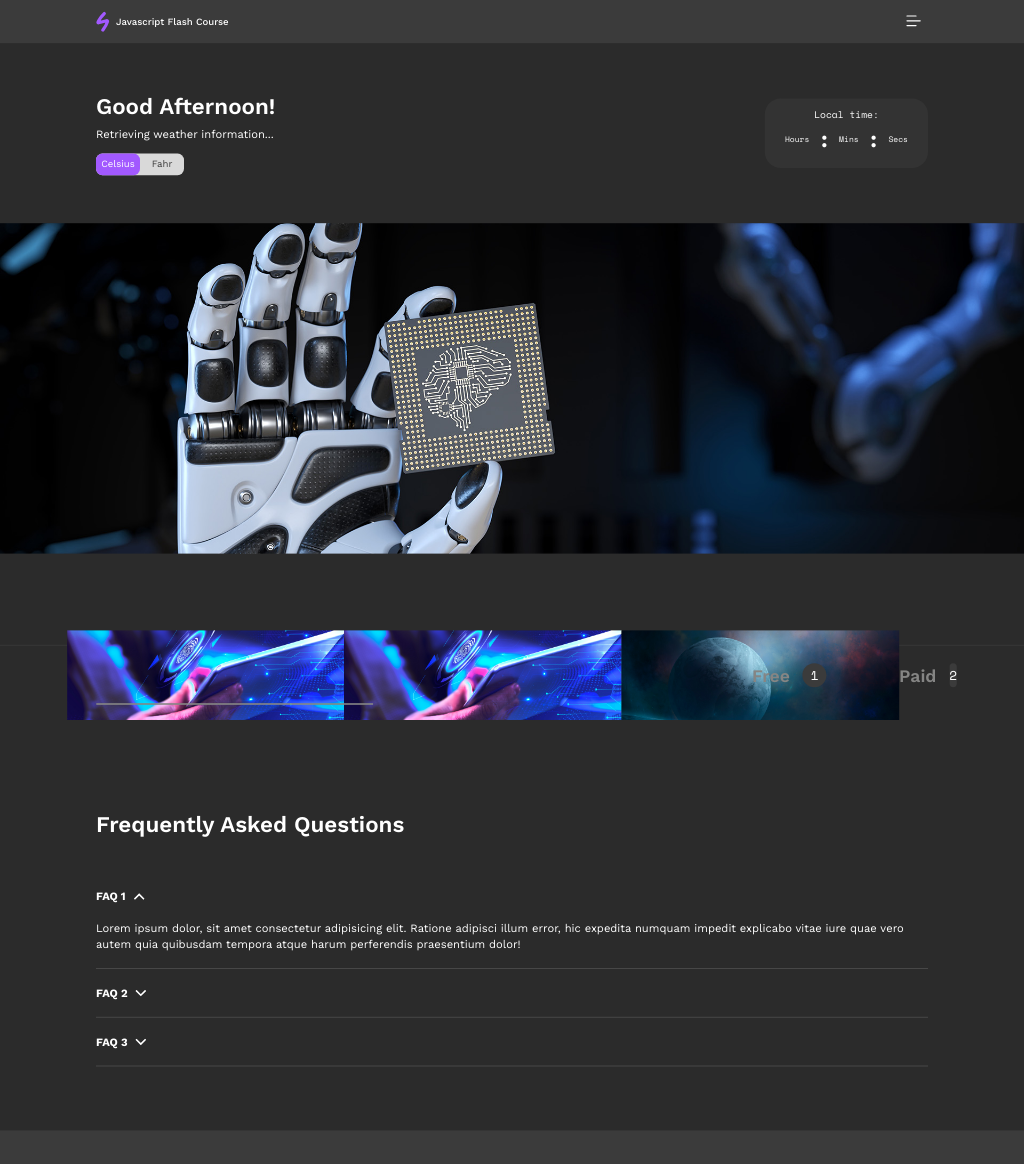
Repository: GettieSirma/JAVASCRIPT-TEST
Page: index.html
The author's editor kept a copy of each file at every save. The page is drawn from the files as they stood at one save, then again after the next save.
The browser window is 1280 px wide. The pictures show the whole page, at 80% of full size.

Above is the page before, as saved 2024-04-24 11:38:35.

### index.html
<!DOCTYPE html>
<html lang="en">

<head>
    <meta charset="UTF-8" />
    <meta http-equiv="X-UA-Compatible" content="IE=edge" />
    <meta name="viewport" content="width=device-width, initial-scale=1.0" />
    <title>Javascript Flash Course</title>
    <link rel="stylesheet" href="./main.css" />
    <link rel="preconnect" href="https://fonts.googleapis.com" />
    <link rel="preconnect" href="https://fonts.gstatic.com" crossorigin />
    <link href="https://fonts.googleapis.com/css2?family=Space+Mono:ital,wght@0,400;0,700;1,400;1,700&family=Work+Sans:ital,wght@0,100;0,200;0,300;0,400;0,500;0,600;0,700;0,800;0,900;1,100;1,200;1,300;1,400;1,500;1,600;1,700;1,800;1,900&display=swap" rel="stylesheet"
    />
</head>

<body>
    <header>
        <nav class="container">
            <div class="nav-left-side">
                <svg width="17" height="26" viewBox="0 0 17 26" fill="none" xmlns="http://www.w3.org/2000/svg">
            <path
              d="M10.309 2.90741C10.309 2.90741 4.29997 8.73841 2.526 13.9214C2.40313 14.2804 2.73267 14.6124 3.10045 14.5192L13.2394 11.9481C13.9358 11.7715 14.5723 12.3638 14.368 13.0525C12.9552 17.8149 8.62911 23.5897 8.62911 23.5897"
              stroke="#A259FF"
              stroke-width="4"
              stroke-linecap="round"
              stroke-linejoin="round"
            />
          </svg>

                <a href="/">Javascript Flash Course</a>
            </div>

            <button id="open-nav-menu">
          <svg
            width="24"
            height="24"
            viewBox="0 0 24 24"
            fill="none"
            xmlns="http://www.w3.org/2000/svg"
          >
            <path
              fill-rule="evenodd"
              clip-rule="evenodd"
              d="M3 12C3 11.5858 3.33579 11.25 3.75 11.25H20.25C20.6642 11.25 21 11.5858 21 12C21 12.4142 20.6642 12.75 20.25 12.75H3.75C3.33579 12.75 3 12.4142 3 12Z"
              fill="white"
            />
            <path
              fill-rule="evenodd"
              clip-rule="evenodd"
              d="M3 6C3 5.58579 3.33579 5.25 3.75 5.25H15C15.4142 5.25 15.75 5.58579 15.75 6C15.75 6.41421 15.4142 6.75 15 6.75H3.75C3.33579 6.75 3 6.41421 3 6Z"
              fill="white"
            />
            <path
              fill-rule="evenodd"
              clip-rule="evenodd"
              d="M3 18C3 17.5858 3.33579 17.25 3.75 17.25H15C15.4142 17.25 15.75 17.5858 15.75 18C15.75 18.4142 15.4142 18.75 15 18.75H3.75C3.33579 18.75 3 18.4142 3 18Z"
              fill="white"
            />
          </svg>
        </button>

            <div class="wrapper">
                <ul>
                    <li>
                        <button id="close-nav-menu">
                <svg
                  width="47"
                  height="47"
                  viewBox="0 0 47 47"
                  fill="none"
                  xmlns="http://www.w3.org/2000/svg"
                >
                  <path
                    d="M11.7505 11.7495L35.2505 35.2495"
                    stroke="#A259FF"
                    stroke-width="6"
                  />
                  <path
                    d="M35.2502 11.7502L11.7502 35.2502"
                    stroke="#A259FF"
                    stroke-width="6"
                  />
                </svg>
              </button>
                    </li>
                    <li><a href="#home">Home</a></li>
                    <li><a href="#gallery">Gallery</a></li>
                    <li><a href="#products">Products</a></li>
                    <li><a href="#faqs">FAQs</a></li>
                    <li class="socials">
                        <p>Join our community</p>

                        <div>
                            <a href="#">
                                <img src="./assets/socials/DiscordLogo.png" alt="Discord logo" />
                            </a>
                            <a href="#">
                                <img src="./assets/socials/YoutubeLogo.png" alt="Youtube logo" />
                            </a>
                            <a href="#">
                                <img src="./assets/socials/TwitterLogo.png" alt="Twitter logo" />
                            </a>
                            <a href="#">
                                <img src="./assets/socials/InstagramLogo.png" alt="Instagram logo" />
                            </a>
                        </div>
                    </li>
                </ul>
            </div>
        </nav>
    </header>

    <main>
        <section id="home" class="container greeting-section">
            <div class="left-side">
                <h1 id="greeting">Good Afternoon!</h1>
                <p id="weather">Retrieving weather information...</p>
                <div class="weather-group">
                    <input type="radio" checked="true" id="celsius" name="temperature" />
                    <label for="celsius">Celsius</label>
                    <input type="radio" id="fahr" name="temperature" />
                    <label for="fahr">Fahr</label>
                </div>
            </div>

            <div class="right-side">
                <p>Local time:</p>
                <div class="local-time">
                    <div class="time-holder">
                        <span data-time="hours" class="time-number"></span>
                        <span class="time-letter">Hours</span>
                    </div>
                    <span class="time-divider">:</span>
                    <div class="time-holder">
                        <span data-time="minutes" class="time-number"></span>
                        <span class="time-letter">mins</span>
                    </div>
                    <span class="time-divider">:</span>
                    <div class="time-holder">
                        <span data-time="seconds" class="time-number"></span>
                        <span class="time-letter">secs</span>
                    </div>
                </div>
            </div>
        </section>

        <section id="gallery" class="gallery-section">
            <img src="assets/gallery/image1.jpg " alt="" />

            <div class="thumbnails">

            </div>
        </section>

        <section id="products" class="container products-section">
            <div class="products-filter">
                <input type="radio" checked="true" id="all" name="products" />
                <label for="all">
            All
            <span class="product-amount">3</span>
          </label>
                <input type="radio" id="paid" name="products" />
                <label for="paid">
                  <img src="assets/gallery/image2.jpg" alt="">
                  <img src="assets/gallery/image2.jpg" alt="">
                  <img src="assets/gallery/image3.jpg" alt="">
            Paid
            <span class="product-amount">2</span>
          </label>
                <input type="radio" id="free" name="products" />
                <label for="free">
            Free
            <span class="product-amount">1</span>
          </label>

                <span class="glider"></span>
            </div>

            <div class="products-area">

            </div>

        </section>

        <section id="faqs" class="container faqs-section">
            <h3>Frequently Asked Questions</h3>

            <details open>
                <summary>FAQ 1</summary>

                <p>
                    Lorem ipsum dolor, sit amet consectetur adipisicing elit. Ratione adipisci illum error, hic expedita numquam impedit explicabo vitae iure quae vero autem quia quibusdam tempora atque harum perferendis praesentium dolor!
                </p>
            </details>

            <details>
                <summary>FAQ 2</summary>

                <p>
                    Consequuntur earum pariatur dolorem repellat temporibus ducimus sunt suscipit repudiandae cupiditate in accusantium recusandae tempora sint eligendi, perferendis aspernatur architecto voluptas laborum adipisci neque voluptates consequatur.
                </p>
            </details>

            <details>
                <summary>FAQ 3</summary>

                <p>
                    Consequuntur earum pariatur dolorem repellat temporibus ducimus sunt suscipit repudiandae cupiditate in accusantium recusandae tempora sint eligendi, perferendis aspernatur architecto voluptas laborum adipisci neque voluptates consequatur.
                </p>
            </details>
        </section>
    </main>

    <footer></footer>

    <script></script>

</body>

</html>

### main.css
:root {
  --background-color: #2b2b2b;
  --light-background-color: #3b3b3b;
  --gray-color: #cccccc;
  --dark-gray-color: #858584;
}

html {
  box-sizing: border-box;
  font-size: 16px;
  background: var(--background-color);
  color: white;
  font-family: "Work Sans", sans-serif;
  scroll-behavior: smooth;
}
*,
*:before,
*:after {
  box-sizing: inherit;
}
body,
h1,
h2,
h3,
h4,
h5,
h6,
p,
ol,
ul {
  margin: 0;
  padding: 0;
  font-weight: normal;
}
ol,
ul {
  list-style: none;
}
img {
  max-width: 100%;
  height: auto;
}
button {
  background: none;
  border: none;
  outline: none;
  cursor: pointer;
}
a {
  text-decoration: none;
  color: inherit;
}
.container {
  max-width: 1200px;
  margin: 0 auto;
  padding: 0 20px;
}
@media (min-width: 768px) {
  .container {
    padding: 0 40px;
  }
}
@media (min-width: 1024px) {
  .container {
    padding: 0 60px;
  }
}
@media (min-width: 1280px) {
  .container {
    padding: 0 80px;
  }
}
@media (min-width: 1440px) {
  .container {
    padding: 0 100px;
  }
}
header {
  background: var(--light-background-color);
}
header nav {
  height: 54px;
  display: flex;
  justify-content: space-between;
  align-items: center;
}
header nav .nav-left-side {
  display: flex;
  align-items: center;
}
header nav .nav-left-side a {
  margin-left: 8px;
  font-style: normal;
  font-weight: 500;
  font-size: 12px;
  line-height: 17px;
  text-transform: capitalize;
}
header nav .nav-right-side input[type="checkbox"] {
  display: none;
}
header nav .nav-right-side label {
  cursor: pointer;
}
header nav .wrapper {
  position: fixed;
  top: 0;
  /*left: -100%;*/
  right: -100%;
  height: 100%;
  width: 100%;
  background: var(--background-color);
  transition: all 0.6s ease-in-out;
  display: flex;
  justify-content: center;
  align-items: flex-start;
  padding: 90px 0;
  text-align: center;
  z-index: 999;
}
header nav .wrapper.nav-open {
  right: 0;
}
header nav .wrapper ul li + li {
  margin-top: 60px;
}
header nav .wrapper ul li a {
  font-style: normal;
  font-weight: 400;
  font-size: 32px;
  line-height: 22px;
}
header nav .wrapper ul li.socials p {
  color: var(--gray-color);
  font-style: normal;
  font-weight: 400;
  font-size: 16px;
  line-height: 22px;
  margin-bottom: 20px;
}
main .greeting-section {
  padding-block: 60px;
  display: flex;
  justify-content: space-between;
  align-items: center;
}
@media (max-width: 767px) {
  main .greeting-section {
    flex-direction: column;
  }
}
main .greeting-section .left-side h1 {
  font-style: normal;
  font-weight: 600;
  font-size: 28px;
  line-height: 39px;
  text-transform: capitalize;
}
main .greeting-section .left-side p {
  font-style: normal;
  font-weight: 400;
  font-size: 14px;
  line-height: 20px;
  margin-top: 4px;
}
main .greeting-section .left-side .weather-group {
  background: #d9d9d9;
  border-radius: 8px;
  width: fit-content;
  margin-top: 15px;
  display: flex;
}
main .greeting-section .left-side .weather-group input[type="radio"] {
  position: absolute;
  visibility: hidden;
  display: none;
}
main
  .greeting-section
  .left-side
  .weather-group
  input[type="radio"]:checked
  + label {
  color: #ffffff;
  background: #a259ff;
  border-radius: 8px;
}
main .greeting-section .left-side .weather-group label {
  font-style: normal;
  font-weight: 400;
  font-size: 12px;
  line-height: 17px;
  color: var(--light-background-color);
  text-transform: capitalize;
  padding: 5px;
  width: 55px;
  text-align: center;
  cursor: pointer;
}
main .greeting-section .right-side {
  background: #333333;
  border-radius: 20px;
  padding: 13px 25px 17px;
  display: flex;
  align-items: center;
  justify-content: center;
  flex-direction: column;
}
@media (max-width: 767px) {
  main .greeting-section .right-side {
    margin-top: 20px;
    width: 100%;
  }
}
main .greeting-section .right-side p {
  font-family: "Space Mono";
  font-style: normal;
  font-weight: 400;
  font-size: 12px;
  line-height: 13px;
  margin-bottom: 5px;
}
main .greeting-section .right-side .local-time {
  display: flex;
}
main .greeting-section .right-side .local-time .time-divider,
main .greeting-section .right-side .local-time .time-holder .time-number {
  font-family: "Space Mono";
  font-style: normal;
  font-weight: 700;
  font-size: 28px;
  line-height: 39px;
}
main .greeting-section .right-side .local-time .time-divider {
  margin-inline: 10px;
}
main .greeting-section .right-side .local-time .time-holder {
  display: flex;
  flex-direction: column;
  justify-content: center;
  align-items: flex-start;
}
main .greeting-section .right-side .local-time .time-holder .time-letter {
  font-family: "Space Mono";
  font-style: normal;
  font-weight: 400;
  font-size: 10px;
  line-height: 11px;
  text-transform: capitalize;
}
main .gallery-section {
  padding-bottom: 80px;
  border-bottom: 1px solid var(--light-background-color);
}
main .gallery-section > img {
  width: 100%;
  height: 100%;
  object-fit: cover;
}
main .gallery-section .thumbnails {
  margin-top: 30px;
  display: flex;
  justify-content: center;
  align-items: center;
}
main .gallery-section .thumbnails img {
  width: 75px;
  height: 75px;
  object-fit: cover;
  border-radius: 8px;
  border: 2px solid transparent;
  cursor: pointer;
}
main .gallery-section .thumbnails img[data-selected="true"] {
  border: 2px solid #ffffff;
}
main .gallery-section .thumbnails img + img {
  margin-left: 20px;
}
main .products-section {
  margin-bottom: 80px;
  margin-top: 10px;
}
main .products-section .products-filter {
  display: flex;
  justify-content: center;
  align-items: center;
  position: relative;
}
main .products-section .products-filter input[id="all"]:checked ~ .glider {
  transform: translateX(-100%);
}
main .products-section .products-filter input[id="paid"]:checked ~ .glider {
  transform: translateX(0%);
}
main .products-section .products-filter input[id="free"]:checked ~ .glider {
  transform: translateX(100%);
}
main .products-section .products-filter .glider {
  position: absolute;
  display: flex;
  height: 2px;
  width: calc(100% / 3);
  background-color: var(--dark-gray-color);
  z-index: 1;
  transition: 0.25s ease-out;
  bottom: -10px;
}
main .products-section .products-filter input[type="radio"] {
  position: absolute;
  visibility: hidden;
  display: none;
}
main .products-section .products-filter input[type="radio"]:checked + label {
  color: #ffffff;
}
main
  .products-section
  .products-filter
  input[type="radio"]:checked
  + label
  > .product-amount {
  background: var(--dark-gray-color);
}
main .products-section .products-filter label {
  display: flex;
  align-items: center;
  justify-content: center;
  height: 54px;
  width: calc(100% / 3);
  cursor: pointer;
  font-style: normal;
  font-weight: 600;
  font-size: 22px;
  line-height: 31px;
  transition: color 0.15s ease-in;
  color: var(--dark-gray-color);
}
main .products-section .products-filter label .product-amount {
  font-family: "Space Mono";
  font-style: normal;
  font-weight: 400;
  font-size: 16px;
  line-height: 22px;
  color: #fff;
  background: var(--light-background-color);
  border-radius: 20px;
  width: 30px;
  height: 30px;
  display: flex;
  align-items: center;
  justify-content: center;
  margin-left: 16px;
}
main .products-section .products-area {
  margin-top: 60px;
  display: grid;
  grid-template-columns: repeat(3, 1fr);
  row-gap: 35px;
  column-gap: 51px;
}
@media (max-width: 767px) {
  main .products-section .products-area {
    grid-template-columns: repeat(2, 1fr);
  }
}
@media (max-width: 575px) {
  main .products-section .products-area {
    grid-template-columns: repeat(1, 1fr);
  }
}
main .products-section .products-area .product-item {
  background: var(--light-background-color);
  border-radius: 20px;
  cursor: pointer;
}
main .products-section .products-area .product-item img {
  width: 100%;
  height: 295px;
  object-fit: cover;
  border-radius: 20px 20px 0 0;
}
main .products-section .products-area .product-item .product-details {
  padding: 25px 30px;
}
main
  .products-section
  .products-area
  .product-item
  .product-details
  .product-title {
  font-style: normal;
  font-weight: 600;
  font-size: 22px;
  line-height: 31px;
}
main
  .products-section
  .products-area
  .product-item
  .product-details
  .product-author {
  margin-top: 5px;
  font-family: "Space Mono";
  font-style: normal;
  font-weight: 400;
  font-size: 16px;
  line-height: 22px;
}
main
  .products-section
  .products-area
  .product-item
  .product-details
  .price-title {
  font-family: "Space Mono";
  font-style: normal;
  font-weight: 400;
  font-size: 12px;
  line-height: 13px;
  color: var(--dark-gray-color);
  margin-top: 25px;
}
main
  .products-section
  .products-area
  .product-item
  .product-details
  .product-price {
  font-family: "Space Mono";
  font-style: normal;
  font-weight: 400;
  font-size: 16px;
  line-height: 22px;
  margin-top: 8px;
}
main .faqs-section {
  margin-bottom: 80px;
}
main .faqs-section h3 {
  font-style: normal;
  font-weight: 600;
  font-size: 28px;
  line-height: 39px;
  margin-bottom: 40px;
}
main .faqs-section details {
  border-bottom: 1px solid #4e4e4e;
}
main .faqs-section details[open] {
  padding-bottom: 20px;
}
main .faqs-section details[open] summary::after {
  content: url("data:[embedded picture, 175 characters]");
}
main .faqs-section details summary {
  padding: 20px 0;
  font-style: normal;
  font-weight: 700;
  font-size: 14px;
  line-height: 20px;
  width: 100%;
  cursor: pointer;
  list-style: none;
}
main .faqs-section details summary::-webkit-details-marker,
main .faqs-section details summary::marker {
  display: none;
}
main .faqs-section details summary::after {
  content: url("data:[embedded picture, 175 characters]");
  margin-left: 10px;
}
main .faqs-section details p {
  font-style: normal;
  font-weight: 400;
  font-size: 14px;
  line-height: 20px;
}
footer {
  padding: 21px;
  color: var(--gray-color);
  font-style: normal;
  font-weight: 400;
  font-size: 12px;
  line-height: 13px;
  text-align: center;
  width: 100%;
  background-color: var(--light-background-color);
}

After the next save:
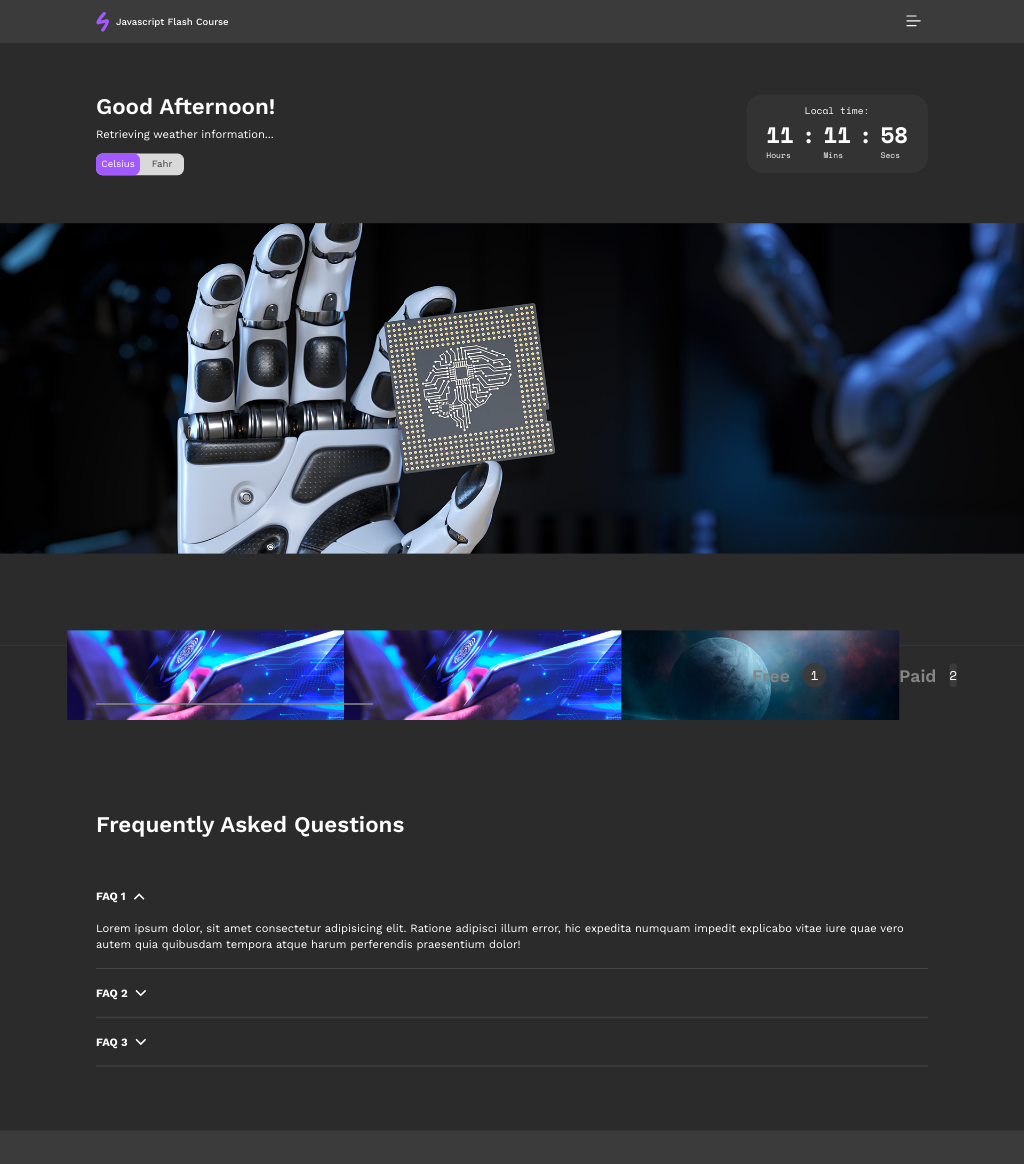
Saved 4 s later.
--- a/index.html
+++ b/index.html
@@ -213,7 +213,36 @@
 
     <footer></footer>
 
-    <script></script>
+    <script>
+        // Get the elements representing the time
+        const hoursElement = document.querySelector('[data-time="hours"]');
+        const minutesElement = document.querySelector('[data-time="minutes"]');
+        const secondsElement = document.querySelector('[data-time="seconds"]');
+
+        // Function to update the clock
+        function updateClock() {
+            const now = new Date();
+            const hours = now.getHours();
+            const minutes = now.getMinutes();
+            const seconds = now.getSeconds();
+
+            // Pad single digit hours, minutes, and seconds with leading zero
+            const paddedHours = String(hours).padStart(2, '0');
+            const paddedMinutes = String(minutes).padStart(2, '0');
+            const paddedSeconds = String(seconds).padStart(2, '0');
+
+            // Update the time on the page
+            hoursElement.textContent = paddedHours;
+            minutesElement.textContent = paddedMinutes;
+            secondsElement.textContent = paddedSeconds;
+        }
+
+        // Call updateClock() once to immediately display the current time
+        updateClock();
+
+        // Update the clock every second
+        setInterval(updateClock, 1000);
+    </script>
 
 </body>
 
